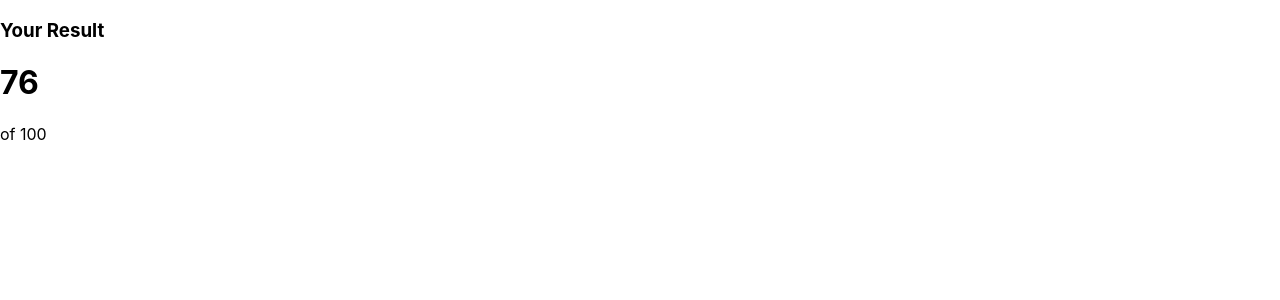
Repository: JeanPaulBassil/Result-Summary-Design
Page: /
An editor plug-in stored every save of this project. The page is shown before and after the next save, followed by the edit.
The browser window is 1280 px wide. The pictures show the whole page.
The project was rebuilt for these pictures with package versions that can differ from the ones it lists, and the page was loaded fresh each time.

Above is the page before, as saved 2023-02-24 15:09:38.

### src/App.js
import Result from "./Components/Result/Result"
import Summary from "./Components/Summary/Summary"

export default function App() {
    return (
        <div className="app">
            <Result />
            <Summary />
        </div>
    )
};

### src/Components/Result/Result.js
import Description from "../Description/Description";
import Grade from "../Grade/Grade";
import data from "../../data.json";

export default function Result() {
    const score = Math.floor(data.reduce((totalGrade, category) => totalGrade + category.score , 0) / data.length)

    return (
        <div className="result">
            <h3>Your Result</h3>
            <Grade score={score}/>
            <Description score={score}/>
        </div>
    )
};

### src/Components/Summary/Summary.js
import data from "../../data.json"

export default function Summary() {
    return (
        <div className="summary">

        </div>
    )
};

### src/Components/Description/Description.js
export default function Description({score}) {
    const performance = _ => {
        if (score >= 90) return ['Excellent', 'You scored higher than 85% of people']
        else if (score >= 80) return ['Great', 'You scored higher than 65% of people']
        else if (score >= 70) return ['Not enough', "You're above nearly half the people"]
        else return ['Fail', 'Most people passed over you']
    }

    return (
        <div className="description">
        <h3>{performance[0]}</h3>

        </div>
    )
};

### src/Components/Grade/Grade.js
export default function Grade({score}) {
    return (
        <div className="grade">
            <h1>{score}</h1>
            <p>of 100</p>
        </div>
    )
};

Loaded but not shown: public/index.html (common file); src/index.js (common file); src/index.css (common file); src/data.json (common file)

After the next save:
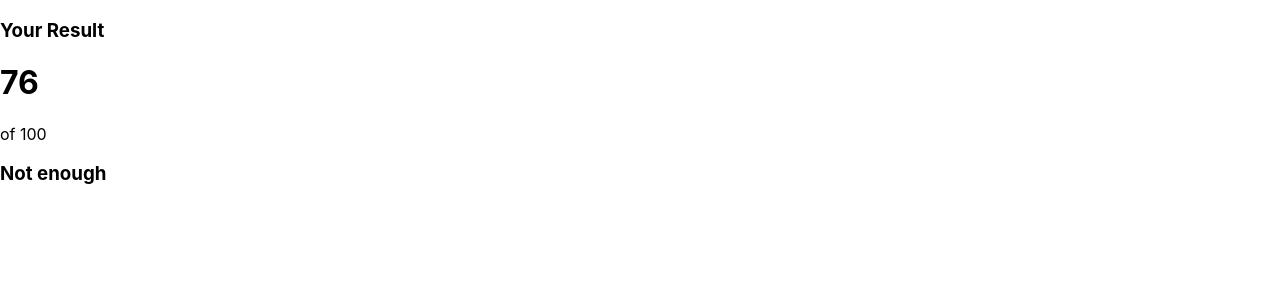
Saved 29 s later.
--- a/src/Components/Description/Description.js
+++ b/src/Components/Description/Description.js
@@ -8,7 +8,7 @@ export default function Description({score}) {
 
     return (
         <div className="description">
-        <h3>{performance[0]}</h3>
+        <h3>{performance()[0]}</h3>
 
         </div>
     )
